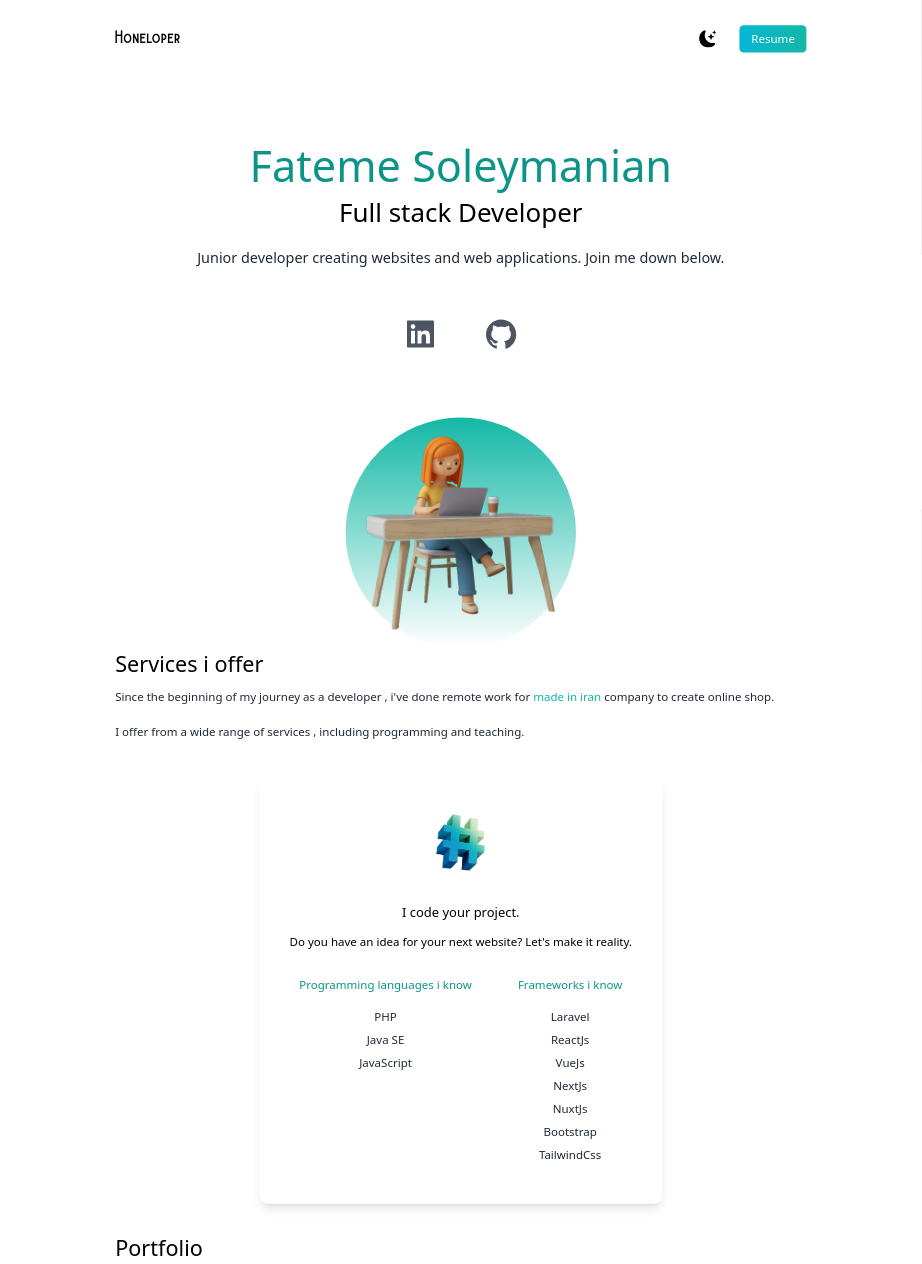
Repository: fatemesoleymanian/portfolio
Page: /
These files come from the project's save history. The page is drawn as it stood at one moment and after the next save; the edit follows.
The browser window is 1280 px wide. The pictures show the whole page, at 72% of full size.
The project was rebuilt for these pictures with package versions that can differ from the ones it lists, and the page was loaded fresh each time. The framework's server and built-in components were replaced by stand-ins that run in the browser. Also part of the build but not shown: next.config.js.

Above is the page before, as saved 2023-03-10 16:24:59.

After the next save:
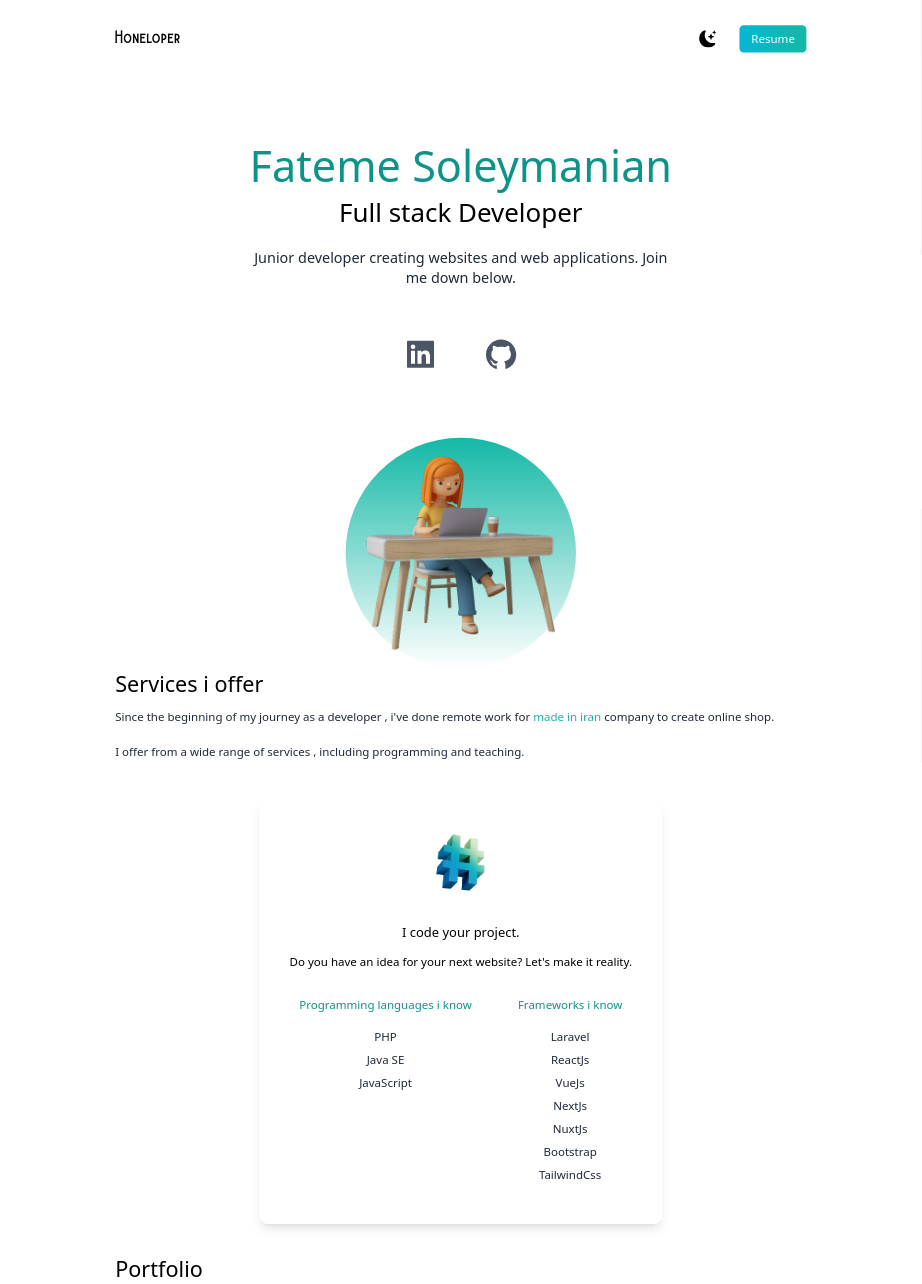
Saved 75 s later.
--- a/pages/index.js
+++ b/pages/index.js
@@ -31,7 +31,8 @@ export default function Home() {
             <h2 className='text-3xl md:text-4xl lg:text-6xl py-2 text-teal-600 font-medium'>
               Fateme Soleymanian</h2>
             <h3 className='text-2xl md:text-3xl lg:text-4xl py-2'>Full stack Developer</h3>
-            <p className='text-md py-5 leading-8 text-gray-800 lg:text-xl'>
+            <p className='text-md py-5 leading-8 text-gray-800 lg:text-xl
+            max-w-xl mx-auto'>
               Junior developer creating websites and web applications. Join me down below.</p>
           </div>
           <div className='text-5xl flex justify-center gap-16 py-3 text-gray-600'>
